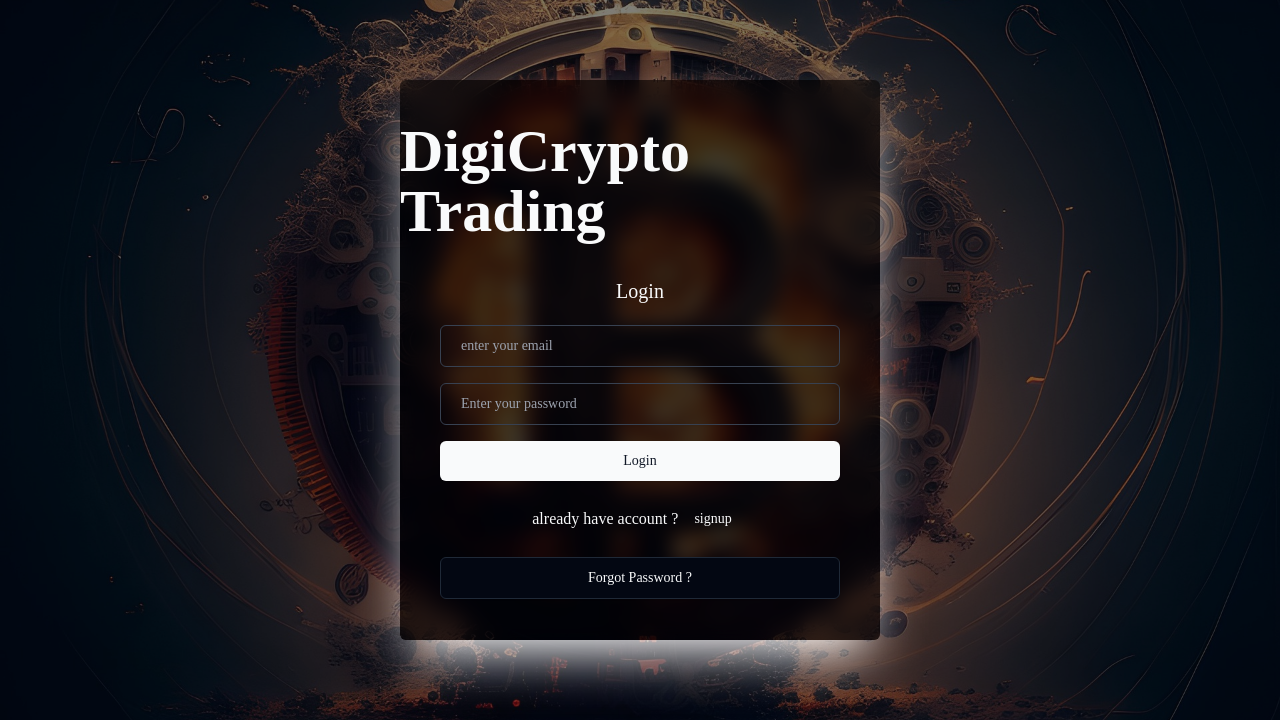
Repository: varijaT/TradingFrontEnd
Page: /
These files come from the project's save history. The page is drawn as it stood at one moment and after the next save; the edit follows.
The browser window is 1280 px wide. The pictures show the whole page.
The project was rebuilt for these pictures with package versions that can differ from the ones it lists, and the page was loaded fresh each time. Also part of the build but not shown: vite.config.js, src/components/ui/sheet.jsx, src/components/ui/avatar.jsx, src/pages/Navbar/Navbar.jsx, src/components/ui/scroll-area.jsx, src/components/ui/table.jsx, src/pages/Home/AssetTable.jsx, src/pages/StockDetails/ConvertToChartData.js and 52 more.

Above is the page before, as saved 2025-04-10 10:20:12.

### index.html
<!doctype html>
<html lang="en">
  <head>
    <meta charset="UTF-8" />
    <link rel="icon" type="image/svg+xml" href="/vite.svg" />
    <meta name="viewport" content="width=device-width, initial-scale=1.0" />
    <title>DigiCrypto Treading</title>
  </head>
  <body>
    <div id="root"></div>
    <script type="module" src="/src/main.jsx"></script>
  </body>
</html>

### src/main.jsx
import React from 'react';
import ReactDOM from 'react-dom/client';
import App from './App.jsx';
import './index.css';
import { BrowserRouter } from 'react-router-dom';
import { Provider } from 'react-redux';
import { store } from './Redux/Store.js';

ReactDOM.createRoot(document.getElementById('root')).render(
  <React.StrictMode>
    <Provider store={store}>
      <BrowserRouter>
        <App />
      </BrowserRouter>
    </Provider>
  </React.StrictMode>
);

### src/App.jsx
import Navbar from "./pages/Navbar/Navbar";
import Home from "./pages/Home/Home";
import Portfolio from "./pages/Portfilio/Portfolio";
import Auth from "./pages/Auth/Auth";
import { Route, Routes, useNavigate } from "react-router-dom";
import StockDetails from "./pages/StockDetails/StockDetails";
import Profile from "./pages/Profile/Profile";
import Notfound from "./pages/Notfound/Notfound";
import { useDispatch, useSelector } from "react-redux";
import { useEffect } from "react";
import { getUser, logout } from "./Redux/Auth/Action"; // Import logout action
import Wallet from "./pages/Wallet/Wallet";
import Watchlist from "./pages/Watchlist/Watchlist";
import TwoFactorAuth from "./pages/Auth/TwoFactorAuth";
import ResetPasswordForm from "./pages/Auth/ResetPassword";
import PasswordUpdateSuccess from "./pages/Auth/PasswordUpdateSuccess";
import LoginWithGoogle from "./pages/Auth/LoginWithGoogle.";
import PaymentSuccess from "./pages/Wallet/PaymentSuccess";
import Withdrawal from "./pages/Wallet/Withdrawal";
import PaymentDetails from "./pages/Wallet/PaymentDetails";
import WithdrawalAdmin from "./Admin/Withdrawal/WithdrawalAdmin";
import Activity from "./pages/Activity/Activity";
import SearchCoin from "./pages/Search/Search";
import { shouldShowNavbar } from "./Util/shouldShowNavbar";

const routes = [
  { path: "/", role: "ROLE_USER" },
  { path: "/portfolio", role: "ROLE_USER" },
  { path: "/activity", role: "ROLE_USER" },
  { path: "/wallet", role: "ROLE_USER" },
  { path: "/withdrawal", role: "ROLE_USER" },
  { path: "/payment-details", role: "ROLE_USER" },
  { path: "/wallet/success", role: "ROLE_USER" },
  { path: "/market/:id", role: "ROLE_USER" },
  { path: "/watchlist", role: "ROLE_USER" },
  { path: "/profile", role: "ROLE_USER" },
  { path: "/search", role: "ROLE_USER" },
  { path: "/admin/withdrawal", role: "ROLE_ADMIN" },
];

function App() {
  const { auth } = useSelector((store) => store);
  const dispatch = useDispatch();
  const navigate = useNavigate();

  useEffect(() => {
    const token = localStorage.getItem("jwt");
    if (token) {
      dispatch(getUser(token));
    }
  }, [dispatch]);

  // Logout user if token is missing (handle auto logout)
  useEffect(() => {
    if (!localStorage.getItem("jwt") && auth.user) {
      dispatch(logout());
      navigate("/");
    }
  }, [auth.user, dispatch, navigate]);

  const showNavbar = auth.isAuthenticated ? shouldShowNavbar(location.pathname, routes, auth.user?.role) : false;

  if (auth.loading) {
    return <div>Loading...</div>; // Show a loading indicator while fetching user data
  }

  return (
    <>
      {showNavbar && <Navbar />}
      <Routes>
        {auth.isAuthenticated ? (
          <>
            <Route element={<Home />} path="/" />
            <Route element={<Portfolio />} path="/portfolio" />
            <Route element={<Activity />} path="/activity" />
            <Route element={<Wallet />} path="/wallet" />
            <Route element={<Withdrawal />} path="/withdrawal" />
            <Route element={<PaymentDetails />} path="/payment-details" />
            <Route element={<Wallet />} path="/wallet/:order_id" />
            <Route element={<StockDetails />} path="/market/:id" />
            <Route element={<Watchlist />} path="/watchlist" />
            <Route element={<Profile />} path="/profile" />
            <Route element={<SearchCoin />} path="/search" />
            {auth.user.role === "ROLE_ADMIN" && <Route element={<WithdrawalAdmin />} path="/admin/withdrawal" />}
            <Route element={<Notfound />} path="*" />
          </>
        ) : (
          <>
            <Route element={<Auth />} path="/" />
            <Route element={<Auth />} path="/signup" />
            <Route element={<Auth />} path="/signin" />
            <Route element={<Auth />} path="/forgot-password" />
            <Route element={<LoginWithGoogle />} path="/login-with-google" />
            <Route element={<ResetPasswordForm />} path="/reset-password/:session" />
            <Route element={<PasswordUpdateSuccess />} path="/password-update-successfully" />
            <Route element={<PaymentSuccess />} path="/payment-success" />
            <Route element={<TwoFactorAuth />} path="/two-factor-auth/:session" />
            <Route element={<Notfound />} path="*" />
          </>
        )}
      </Routes>
    </>
  );
}

export default App;

### src/index.css
@tailwind base;
@tailwind components;
@tailwind utilities;

@layer base {
  :root {
    --background: 0 0% 100%;
    --foreground: 224 71.4% 4.1%;

    --card: 0 0% 100%;
    --card-foreground: 224 71.4% 4.1%;

    --popover: 0 0% 100%;
    --popover-foreground: 224 71.4% 4.1%;

    --primary: 220.9 39.3% 11%;
    --primary-foreground: 210 20% 98%;

    --secondary: 220 14.3% 95.9%;
    --secondary-foreground: 220.9 39.3% 11%;

    --muted: 220 14.3% 95.9%;
    --muted-foreground: 220 8.9% 46.1%;

    --accent: 220 14.3% 95.9%;
    --accent-foreground: 220.9 39.3% 11%;

    --destructive: 0 84.2% 60.2%;
    --destructive-foreground: 210 20% 98%;

    --border: 220 13% 91%;
    --input: 220 13% 91%;
    --ring: 224 71.4% 4.1%;

    --radius: 0.5rem;
  }

  .dark {
    --background: 224 71.4% 4.1%;
    --foreground: 210 20% 98%;

    --card: 224 71.4% 4.1%;
    --card-foreground: 210 20% 98%;

    --popover: 224 71.4% 4.1%;
    --popover-foreground: 210 20% 98%;

    --primary: 210 20% 98%;
    --primary-foreground: 220.9 39.3% 11%;

    --secondary: 215 27.9% 16.9%;
    --secondary-foreground: 210 20% 98%;

    --muted: 215 27.9% 16.9%;
    --muted-foreground: 217.9 10.6% 64.9%;

    --accent: 215 27.9% 16.9%;
    --accent-foreground: 210 20% 98%;

    --destructive: 0 62.8% 30.6%;
    --destructive-foreground: 210 20% 98%;

    --border: 215 27.9% 16.9%;
    --input: 215 27.9% 16.9%;
    --ring: 216 12.2% 83.9%;
  }
}

@layer base {
  * {
    @apply border-border;
  }
  body {
    @apply dark bg-background text-foreground overflow-x-hidden;
  }
}

/* Styles for the scrollable container */
.scroll-container {
  overflow-y: auto;
}

/* Custom scrollbar styles for Webkit browsers (Chrome, Safari) */
.scroll-container::-webkit-scrollbar {
  width: 8px; /* Width of the scrollbar */
  background: transparent;
}

.scroll-container::-webkit-scrollbar-track {
  background: transparent; /* Background of the scrollbar track */
}

.scroll-container::-webkit-scrollbar-thumb {
  background:#1e293b; /* Color of the scrollbar thumb */
  border-radius: 5rem;
}

.scroll-container::-webkit-scrollbar-thumb:hover {
  background: #555; /* Color of the scrollbar thumb on hover */
}



/* Optional: Ensure custom scrollbars work in Internet Explorer and Edge */
.scroll-container {
  -ms-overflow-style: -ms-autohiding-scrollbar;
}
.sidebar {
  width: 290px;
  background-color: #2c3e50;
  color: white;
  position: fixed;
  left: 0;
  top: 5;
  height: 80vh; /* Ensure full height */
  transform: translateX(-100%);
  transition: transform 0.3s ease-in-out;
  padding: 20px;
  overflow-y: auto; /* Allow scrolling */
  overflow-x: visible; /* Prevent hiding overflow */
}

.sidebar.open {
  transform: translateX(0);
}

ul {
  list-style: none;
  padding: 0;
}

li {
  padding: 10px;
  cursor: pointer;
}

.logout-button {
  margin-top: auto;
  color: red;
  font-weight: bold;
  display: flex !important;
  align-items: center;
  gap: 8px;
  justify-content: flex-start; /* Align icon and text horizontally */
  white-space: nowrap; /* Prevent text wrapping */
  overflow: visible !important; /* Ensure it's not hidden */
}
.logout-button:hover {
  background-color: #c0392b; /* Darker red on hover */
}

### src/components/ui/button.jsx
import * as React from "react"
import { Slot } from "@radix-ui/react-slot"
import { cva } from "class-variance-authority";

import { cn } from "@/lib/utils"

const buttonVariants = cva(
  "inline-flex items-center justify-center whitespace-nowrap rounded-md text-sm font-medium transition-colors focus-visible:outline-none   disabled:pointer-events-none disabled:opacity-50 ",
  {
    variants: {
      variant: {
        default:
          "bg-primary text-primary-foreground shadow hover:bg-primary/90",
        destructive:
          "bg-destructive text-destructive-foreground shadow-sm hover:bg-destructive/90",
        outline:
          "border border-input bg-background shadow-sm hover:bg-accent hover:text-accent-foreground",
        secondary:
          "bg-secondary text-secondary-foreground shadow-sm hover:bg-secondary/80",
        ghost: "hover:bg-accent hover:text-accent-foreground",
        link: "text-primary underline-offset-4 hover:underline",
      },
      size: {
        default: "h-9 px-4 py-2",
        sm: "h-8 rounded-md px-3 text-xs",
        lg: "h-10 rounded-md px-8",
        icon: "h-9 w-9",
      },
    },
    defaultVariants: {
      variant: "default",
      size: "default",
    },
  }
)

const Button = React.forwardRef(({ className, variant, size, asChild = false, ...props }, ref) => {
  const Comp = asChild ? Slot : "button"
  return (
    (<Comp
      className={cn(buttonVariants({ variant, size, className }))}
      ref={ref}
      {...props} />)
  );
})
Button.displayName = "Button"

export { Button, buttonVariants }

### src/pages/SideBar/SideBar.jsx
import { logout } from "@/Redux/Auth/Action";
import { Button } from "@/components/ui/button";
import { SheetClose } from "@/components/ui/sheet";
import {
  ExitIcon,
  HomeIcon,
  DashboardIcon,
  BookmarkIcon,
  ActivityLogIcon,
  PersonIcon,
} from "@radix-ui/react-icons";
import { CreditCard, Landmark, Wallet } from "lucide-react";
import { useDispatch } from "react-redux";
import { useNavigate } from "react-router-dom";

const menu = [
  { name: "Home", path: "/", icon: <HomeIcon className="h-6 w-6" /> },
  { name: "Portfolio", path: "/portfolio", icon: <DashboardIcon className="h-6 w-6" /> },
  { name: "Watchlist", path: "/watchlist", icon: <BookmarkIcon className="h-6 w-6" /> },
  { name: "Activity", path: "/activity", icon: <ActivityLogIcon className="h-6 w-6" /> },
  { name: "Wallet", path: "/wallet", icon: <Wallet className="h-6 w-6" /> },
  { name: "Payment Details", path: "/payment-details", icon: <Landmark className="h-6 w-6" /> },
  { name: "Withdrawal", path: "/withdrawal", icon: <CreditCard className="h-6 w-6" /> },
  { name: "Profile", path: "/profile", icon: <PersonIcon className="h-6 w-6" /> },
];

const SideBar = () => {
  const navigate = useNavigate();
  const dispatch = useDispatch();

  const handleLogout = () => {
    console.log("Logout button clicked!");
    dispatch(logout()); // Dispatch logout action
    navigate("/signin"); // Redirect to the login page
  };

  return (
    <div className="mt-10 space-y-5 sidebar open">
      {menu.map((item, index) => (
        <SheetClose key={index} className="w-full">
          <Button
            onClick={() => navigate(item.path)}
            variant="outline"
            className="flex items-center gap-5 py-6 w-full"
          >
            <span className="w-8">{item.icon}</span>
            <p>{item.name}</p>
          </Button>
        </SheetClose>
      ))}

      {/* Logout Button */}
      <div className="mt-auto border-t border-gray-300 pt-5">
           <SheetClose className="w-full">
              <Button
              onClick={handleLogout}
               variant="destructive"
               className="logout-button flex items-center justify-start"
              >
               <span className="w-8">
                <ExitIcon className="h-6 w-6" />
               </span>
                   Logout {/* Directly add the label here */}
                </Button>
            </SheetClose>
            </div>
       </div>
  );
};

export default SideBar;

### src/pages/Auth/Auth.css
*{
    margin: 0;
    padding: 0;
    box-sizing: border-box;
    font-family: "Poppins","san-serif";
}
/* https://cdn.pixabay.com/photo/2022/12/26/11/37/bitcoin-7678812_1280.jpg */
.authContainer{
  background-image: url("/public/crypto-7678815_1920.jpg");
  height: 100vh;
  width: 100%;
  background-size: cover;
  background-repeat: no-repeat;
  background-position: center;

}
.bgBlure{
  backdrop-filter: blur(10px);
}

### src/pages/Auth/login/login.jsx
import { Input } from "@/components/ui/input";
// import "./Login.css";
import { Button } from "@/components/ui/button";
import {
  Form,
  FormControl,
  FormField,
  FormItem,
  FormMessage,
} from "@/components/ui/form";
import { useForm } from "react-hook-form";
import { zodResolver } from "@hookform/resolvers/zod";
import { z } from "zod";
import { useDispatch, useSelector } from "react-redux";
import { login } from "@/Redux/Auth/Action";
import { useNavigate } from "react-router-dom";
//import { Skeleton } from "@/components/ui/skeleton";
import SpinnerBackdrop from "@/components/custome/SpinnerBackdrop";
// import { toast } from "@/components/ui/use-toast";
//import { ToastAction } from "@/components/ui/toast";
//import { useToast } from "@/components/ui/use-toast";

const formSchema = z.object({
  email: z.string().email("Invalid email address"),
  password: z.string().min(8, "Password must be at least 8 characters long"),
});
const LoginForm = () => {
  const navigate = useNavigate();
  const dispatch = useDispatch();
  const { auth } = useSelector((store) => store);
  //const { toast } = useToast();
  const form = useForm({
    resolver: zodResolver(formSchema),
    defaultValues: {
      email: "",
      password: "",
    },
  });
  const onSubmit = (data) => {
    data.navigate = navigate;
    dispatch(login(data));
    console.log("login form", data);
  };
  return (
    <div className="space-y-5">
      <h1 className="text-center text-xl">Login</h1>
      <Form {...form}>
        <form onSubmit={form.handleSubmit(onSubmit)} className="space-y-4">
          <FormField
            control={form.control}
            name="email"
            render={({ field }) => (
              <FormItem>
                <FormControl>
                  <Input
                    {...field}
                    className="border w-full border-gray-700 py-5 px-5"
                    placeholder="enter your email"
                  />
                </FormControl>

                <FormMessage />
              </FormItem>
            )}
          />
          <FormField
            control={form.control}
            name="password" // Added password field
            render={({ field }) => (
              <FormItem>
                <FormControl>
                  <Input
                    {...field}
                    type="password" // Added type attribute for password input
                    className="border w-full border-gray-700 py-5 px-5"
                    placeholder="Enter your password"
                  />
                </FormControl>
                <FormMessage />
              </FormItem>
            )}
          />

          {!auth.loading ? (
            <Button type="submit" className="w-full  py-5">
              Login
            </Button>
          ) : (
            <SpinnerBackdrop show={true} />
          )}
        </form>
      </Form>

      {/* {toast({
        title: "Scheduled: Catch up ",
        description: "Friday, February 10, 2023 at 5:57 PM",
        action: <ToastAction altText="Goto schedule to undo">Undo</ToastAction>,
      })} */}
    </div>
  );
};

export default LoginForm;

### src/components/ui/form.jsx
import * as React from "react"
import { Slot } from "@radix-ui/react-slot"
import { Controller, FormProvider, useFormContext } from "react-hook-form";

import { cn } from "@/lib/utils"
import { Label } from "@/components/ui/label"

const Form = FormProvider

const FormFieldContext = React.createContext({})

const FormField = (
  {
    ...props
  }
) => {
  return (
    (<FormFieldContext.Provider value={{ name: props.name }}>
      <Controller {...props} />
    </FormFieldContext.Provider>)
  );
}

const useFormField = () => {
  const fieldContext = React.useContext(FormFieldContext)
  const itemContext = React.useContext(FormItemContext)
  const { getFieldState, formState } = useFormContext()

  const fieldState = getFieldState(fieldContext.name, formState)

  if (!fieldContext) {
    throw new Error("useFormField should be used within <FormField>")
  }

  const { id } = itemContext

  return {
    id,
    name: fieldContext.name,
    formItemId: `${id}-form-item`,
    formDescriptionId: `${id}-form-item-description`,
    formMessageId: `${id}-form-item-message`,
    ...fieldState,
  }
}

const FormItemContext = React.createContext({})

const FormItem = React.forwardRef(({ className, ...props }, ref) => {
  const id = React.useId()

  return (
    (<FormItemContext.Provider value={{ id }}>
      <div ref={ref} className={cn("space-y-2", className)} {...props} />
    </FormItemContext.Provider>)
  );
})
FormItem.displayName = "FormItem"

const FormLabel = React.forwardRef(({ className, ...props }, ref) => {
  const { error, formItemId } = useFormField()

  return (
    (<Label
      ref={ref}
      className={cn(error && "text-destructive", className)}
      htmlFor={formItemId}
      {...props} />)
  );
})
FormLabel.displayName = "FormLabel"

const FormControl = React.forwardRef(({ ...props }, ref) => {
  const { error, formItemId, formDescriptionId, formMessageId } = useFormField()

  return (
    (<Slot
      ref={ref}
      id={formItemId}
      aria-describedby={
        !error
          ? `${formDescriptionId}`
          : `${formDescriptionId} ${formMessageId}`
      }
      aria-invalid={!!error}
      {...props} />)
  );
})
FormControl.displayName = "FormControl"

const FormDescription = React.forwardRef(({ className, ...props }, ref) => {
  const { formDescriptionId } = useFormField()

  return (
    (<p
      ref={ref}
      id={formDescriptionId}
      className={cn("text-[0.8rem] text-muted-foreground", className)}
      {...props} />)
  );
})
FormDescription.displayName = "FormDescription"

const FormMessage = React.forwardRef(({ className, children, ...props }, ref) => {
  const { error, formMessageId } = useFormField()
  const body = error ? String(error?.message) : children

  if (!body) {
    return null
  }

  return (
    (<p
      ref={ref}
      id={formMessageId}
      className={cn("text-[0.8rem] font-medium text-destructive", className)}
      {...props}>
      {body}
    </p>)
  );
})
FormMessage.displayName = "FormMessage"

export {
  useFormField,
  Form,
  FormItem,
  FormLabel,
  FormControl,
  FormDescription,
  FormMessage,
  FormField,
}

Loaded but not shown: src/Util/shouldShowNavbar.js (common file); src/components/ui/input.jsx (common file); src/Util/existInWatchlist.js (common file); src/Redux/Order/ActionTypes.js (common file); src/Redux/Assets/ActionTypes.js (common file); src/Redux/Watchlist/ActionTypes.js (common file); src/Redux/Chat/ActionTypes.js (common file); src/lib/utils.js (common file); tailwind.config.js (common file); src/Redux/Auth/Action.js (260 lines, source omitted); src/components/ui/use-toast.js (154 lines, source omitted); src/Redux/Coin/Reducer.js (109 lines, source omitted); src/Redux/Withdrawal/Reducer.js (93 lines, source omitted); src/Redux/Auth/ActionTypes.js (37 lines, source omitted); src/Redux/Auth/Reducer.js (71 lines, source omitted); src/Redux/Coin/ActionTypes.js (27 lines, source omitted); src/Redux/Withdrawal/ActionTypes.js (25 lines, source omitted); src/Redux/Wallet/Reducer.js (58 lines, source omitted); src/Redux/Watchlist/Reducer.js (54 lines, source omitted); src/Redux/Assets/Reducer.js (53 lines, source omitted); src/Redux/Order/Reducer.js (48 lines, source omitted); src/Redux/Wallet/ActionTypes.js (20 lines, source omitted); src/Redux/Chat/Reducer.js (41 lines, source omitted); src/Redux/Store.js (26 lines, source omitted); src/Api/api.js (18 lines, source omitted); src/pages/Auth/Auth.jsx (147 lines, source omitted)

After the next save:
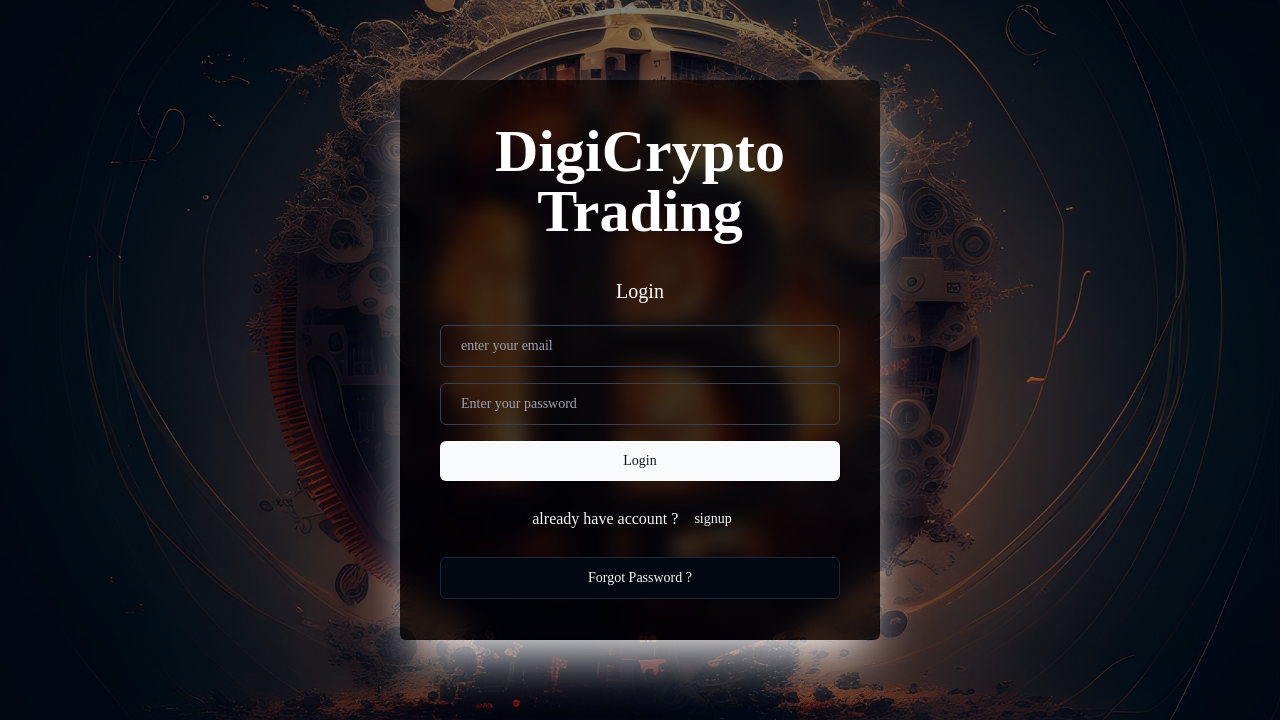
Saved 21 min 6 s later.
--- a/src/pages/Auth/Auth.css
+++ b/src/pages/Auth/Auth.css
@@ -15,5 +15,14 @@
 
 }
 .bgBlure{
+  display: flex; /* Use flexbox for alignment */
+  flex-direction: column; /* Stack children vertically */
+  justify-content: center; /* Center vertically */
+  align-items: center; /* Center horizontally */
   backdrop-filter: blur(10px);
 }
+h1 {
+  text-align: center; /* Center the text horizontally */
+  margin: 0; /* Remove default margin */
+  color: white; /* Ensure the text is visible */
+}
